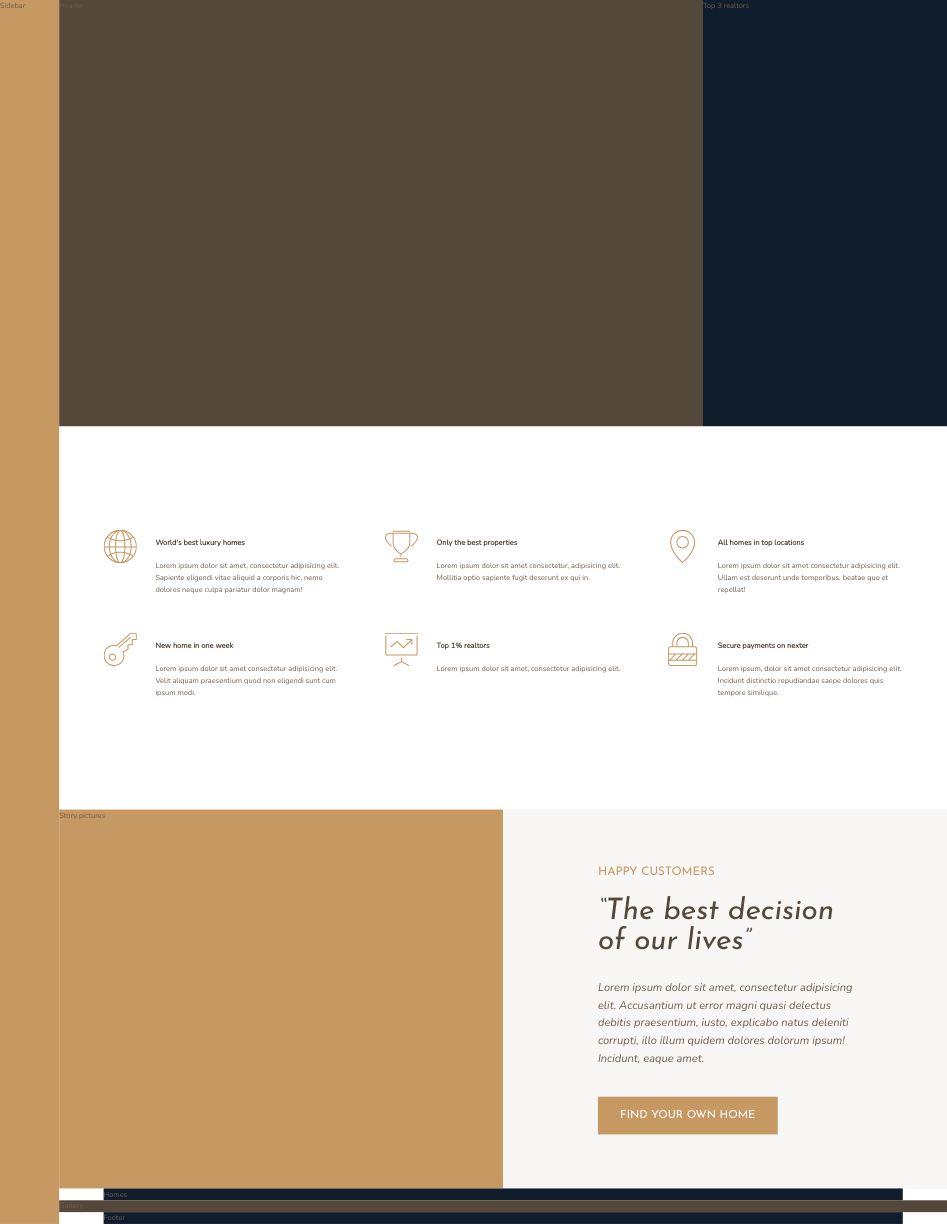
Repository: achwesiuk/nexter
Page: index.html
The author's editor kept a copy of each file at every save. The page is drawn from the files as they stood at one save, then again after the next save.
The browser window is 1280 px wide. The pictures show the whole page, at 74% of full size.
The style sheet was rebuilt from its Sass, Less or Tailwind sources for each picture, by a compiler version that may differ from the author's.

Above is the page before, as saved 2021-02-23 12:31:44.

After the next save:
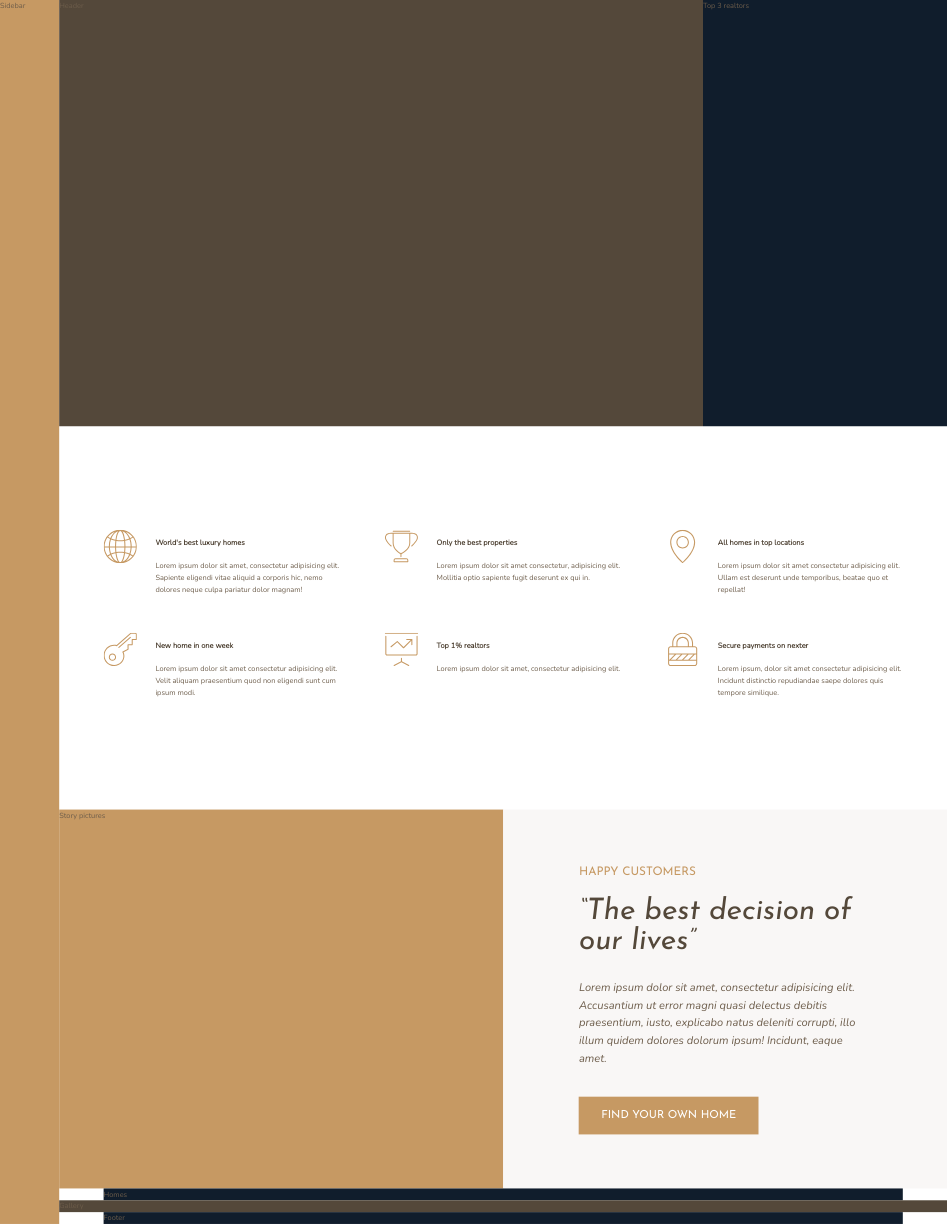
Saved 3 min 23 s later.
--- a/sass/_story.scss
+++ b/sass/_story.scss
@@ -9,7 +9,7 @@
         background-color: $color-grey-light-1;
         grid-column: col-start 5 / full-end;
 
-        padding: 6rem 10vw; //10vh jest wartością procentową widoku
+        padding: 6rem 8vw;
 
         /*
         display: flex;
